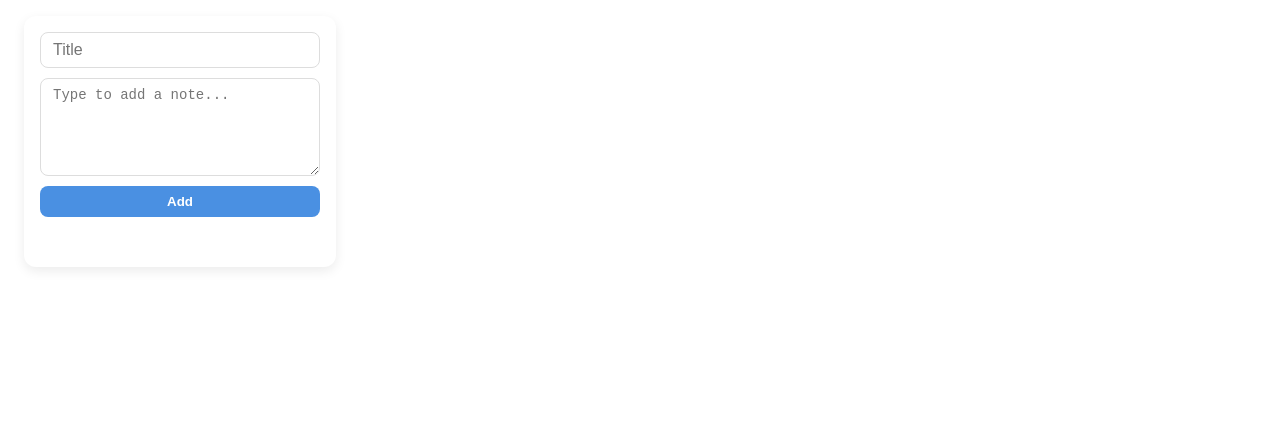
Repository: AJANI2005/Notes-App
Page: /
The author's editor kept a copy of each file at every save. The page is drawn from the files as they stood at one save, then again after the next save.
The browser window is 1280 px wide. The pictures show the whole page.
The project was rebuilt for these pictures with package versions that can differ from the ones it lists, and the page was loaded fresh each time. Also part of the build but not shown: vite.config.ts.

Above is the page before, as saved 2025-07-31 17:58:08.

### src/index.css
:root {
  font-family: system-ui, Avenir, Helvetica, Arial, sans-serif;
  font-synthesis: none;
  text-rendering: optimizeLegibility;
  -webkit-font-smoothing: antialiased;
  -moz-osx-font-smoothing: grayscale;
}

### src/App.tsx
import { useEffect, useState } from 'react';

// styles
import "./style/note.css"
import DialogBox from './DialogBox';


interface Note {
  title: string;
  text: string;
}

const Note = () => {
  const [text, setText] = useState('');
  const [title, setTitle] = useState('');
  const [editing, setEditing] = useState(false);


  //Initialize Local Storage
  useEffect(()=>{
    if (!localStorage.getItem("notes")){
      localStorage.setItem("notes",JSON.stringify([]))
    }
    if (localStorage.getItem("title")){
      setTitle(JSON.parse(localStorage.getItem("title")!))
    }
    if (localStorage.getItem("text")){
      setText(JSON.parse(localStorage.getItem("text")!))
    }
  },[])

  // Store Current Data (On Refresh)
  useEffect(()=>{
    if (text === '' && title === '') return
    localStorage.setItem("title",JSON.stringify(title))
    localStorage.setItem("text",JSON.stringify(text))
  },[text,title])

  const createNote = () => {
    const note = {
      title: title,
      text: text
    }  as Note

    // add note
    const notes = JSON.parse(localStorage.getItem("notes")!)
    notes.push(note)
    localStorage.setItem("notes",JSON.stringify(notes))

    // reset state
    setTitle("")
    setText("")
    localStorage.setItem("title",JSON.stringify(""))
    localStorage.setItem("text",JSON.stringify(""))
  }

  return (
    <form className='note'>
      <input
        value={title}
        placeholder='Title'
        onChange={(e) => setTitle(e.target.value)}
        type="text" className='note-title-input' />
      <textarea
        value={text}
        onChange={(e) => setText(e.target.value)}
        className='note-input'
        placeholder='Type to add a note...'></textarea>
      <button className='addBtn' onClick={createNote}>Add</button>
      <DialogBox isOpen={editing} onClose={() => setEditing(false)}>Edit</DialogBox>
    </form>
  )
}

function App() {

  const [notes, setNotes] = useState([]);

  //Initialize Local Storage
  useEffect(()=>{
    if (localStorage.getItem("notes")){
      setNotes(JSON.parse(localStorage.getItem("notes")!))
    }
  },[])


  return (
    <>
      <Note />
      {/* Display Notes */}
      <div className='notes-grid'>
        {notes.map((note : Note, index) => (
          <div key={index} className='note'>
            <h2 className='note-title'>{note.title}</h2>
            <p className='note-text'>{note.text}</p>
            <button className='deleteBtn'>✖</button>
          </div>
        ))}
      </div>
    </>
  )
}

export default App

### src/style/note.css
/* Container Form */
.note {
  display: flex;
  flex-direction: column;
  gap: 10px;
  padding: 16px;
  padding-bottom: 50px; /* Extra space for deleteBtn */
  width: 280px;
  background-color: #ffffff;
  border-radius: 12px;
  box-shadow: 0 4px 12px rgba(0, 0, 0, 0.08);
  transition: box-shadow 0.2s ease;
  margin: 16px;
  position: relative;
}

.note:hover {
  box-shadow: 0 6px 16px rgba(0, 0, 0, 0.12);
}

/* Text input for note name */
.note-title-input {
  padding: 8px 12px;
  font-size: 16px;
  font-weight: 500;
  border: 1px solid #ddd;
  border-radius: 8px;
  outline: none;
  transition: border-color 0.2s;
}

.note-title-input:focus {
  border-color: #4a90e2;
}

/* Textarea for note content */
.note-input {
  min-height: 80px;
  resize: vertical;
  padding: 8px 12px;
  font-size: 14px;
  border: 1px solid #ddd;
  border-radius: 8px;
  outline: none;
  transition: border-color 0.2s;
}

.note-input:focus {
  border-color: #4a90e2;
}

/* Add Button */
.addBtn {
  background-color: #4a90e2;
  color: white;
  border: none;
  padding: 8px 12px;
  border-radius: 8px;
  font-weight: 600;
  cursor: pointer;
  transition: background-color 0.2s ease;
}

.addBtn:hover {
  background-color: #357abd;
}

/* Delete Button */
.deleteBtn {
  position: absolute;
  bottom: 12px;
  left: 12px;

  background-color: #ff6b6b; /* soft red */
  color: white;
  border: none;
  padding: 6px 10px;
  font-size: 14px;
  border-radius: 6px;
  cursor: pointer;
  transition: background-color 0.2s ease;
}

.deleteBtn:hover {
  background-color: #e63946; /* darker on hover */
}

/* Title of the note */
.note-title {
  font-size: 18px;
  font-weight: 600;
  color: #333;
  margin-bottom: 8px;
}

/* Text content of the note */
.note-text {
  font-size: 14px;
  color: #555;
  line-height: 1.5;
  white-space: pre-wrap; /* show \n as line breaks */
}

/* Container for all notes */
.notes-grid {
  display: grid;
  grid-template-columns: repeat(auto-fill, minmax(250px, 1fr)); /* Responsive columns */
  gap: 16px; /* Space between notes */
  padding: 20px;
  justify-items: center; /* Center notes in their column */
}

### src/DialogBox.tsx
import React from "react";
import "./style/dialogbox.css"

interface DialogBoxProps {
    isOpen: boolean;
    onClose: () => void;
    children?: React.ReactNode
}

const DialogBox: React.FC<DialogBoxProps> = ({ isOpen, onClose, children }) => {
    if (!isOpen) return null; // don't render if closed

    return (
        <div className="dialog-overlay">
            <div className="dialog-box">
                <button className="dialog-close" onClick={onClose}>✖</button>
            </div>
            {children}
        </div>
    );
};

export default DialogBox;

### src/style/dialogbox.css
/* Full-screen dark overlay */
.dialog-overlay {
  position: fixed;
  top: 0;
  left: 0;
  width: 100vw;
  height: 100vh;
  background-color: rgba(0, 0, 0, 0.4); /* semi-transparent black */
  display: flex;
  justify-content: center;
  align-items: center;
  z-index: 1000; /* above all other components */
}

/* Centered dialog box */
.dialog-box {
  position: relative;
  background: #fff;
  padding: 20px 30px;
  border-radius: 12px;
  box-shadow: 0 4px 20px rgba(0, 0, 0, 0.2);
  width: 400px;
  max-width: 90%;
  text-align: center;
  animation: pop-in 0.2s ease;
}

/* Close (X) button */
.dialog-close {
  position: absolute;
  top: 8px;
  right: 8px;
  background: none;
  border: none;
  font-size: 18px;
  cursor: pointer;
  color: #888;
  transition: color 0.2s ease;
}

.dialog-close:hover {
  color: #ff4d4d;
}

/* Small animation */
@keyframes pop-in {
  from { transform: scale(0.9); opacity: 0; }
  to { transform: scale(1); opacity: 1; }
}

Loaded but not shown: index.html (common file); src/main.tsx (common file)

After the next save:
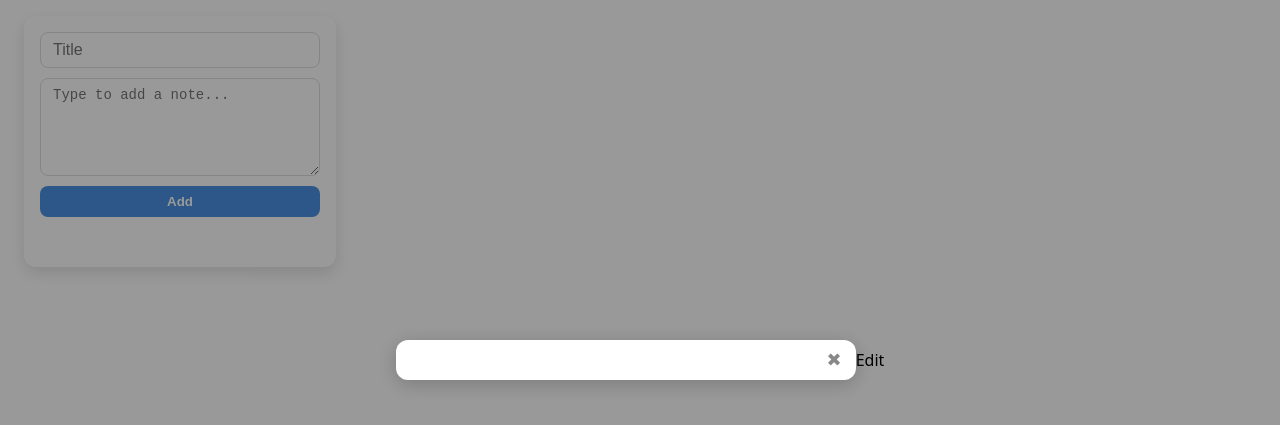
Saved 14 s later.
--- a/src/App.tsx
+++ b/src/App.tsx
@@ -13,7 +13,7 @@
 const Note = () => {
   const [text, setText] = useState('');
   const [title, setTitle] = useState('');
-  const [editing, setEditing] = useState(false);
+  const [editing, setEditing] = useState(true);
 
 
   //Initialize Local Storage

After the save that followed:
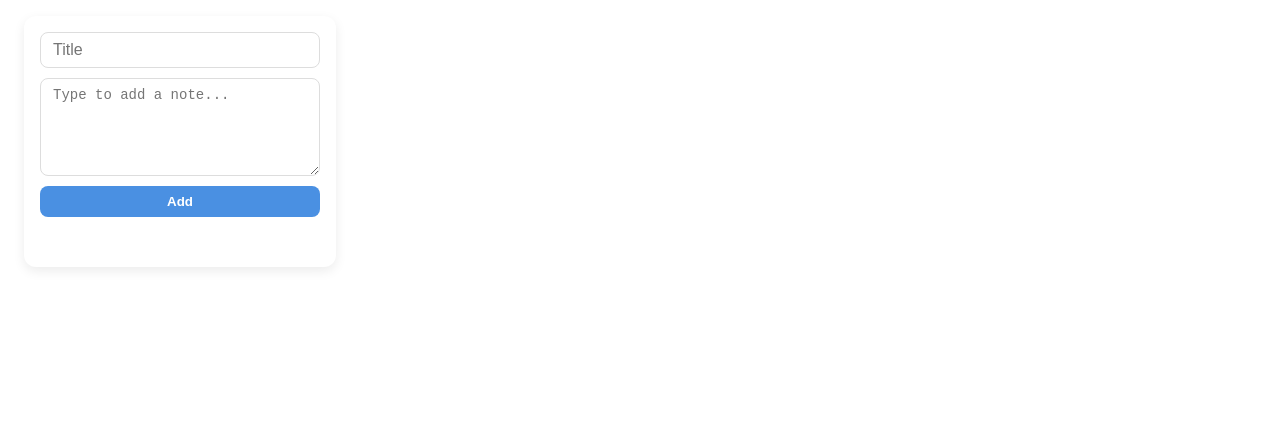
Saved 10 s later.
--- a/src/App.tsx
+++ b/src/App.tsx
@@ -13,7 +13,7 @@
 const Note = () => {
   const [text, setText] = useState('');
   const [title, setTitle] = useState('');
-  const [editing, setEditing] = useState(true);
+  const [editing, setEditing] = useState(false);
 
 
   //Initialize Local Storage
